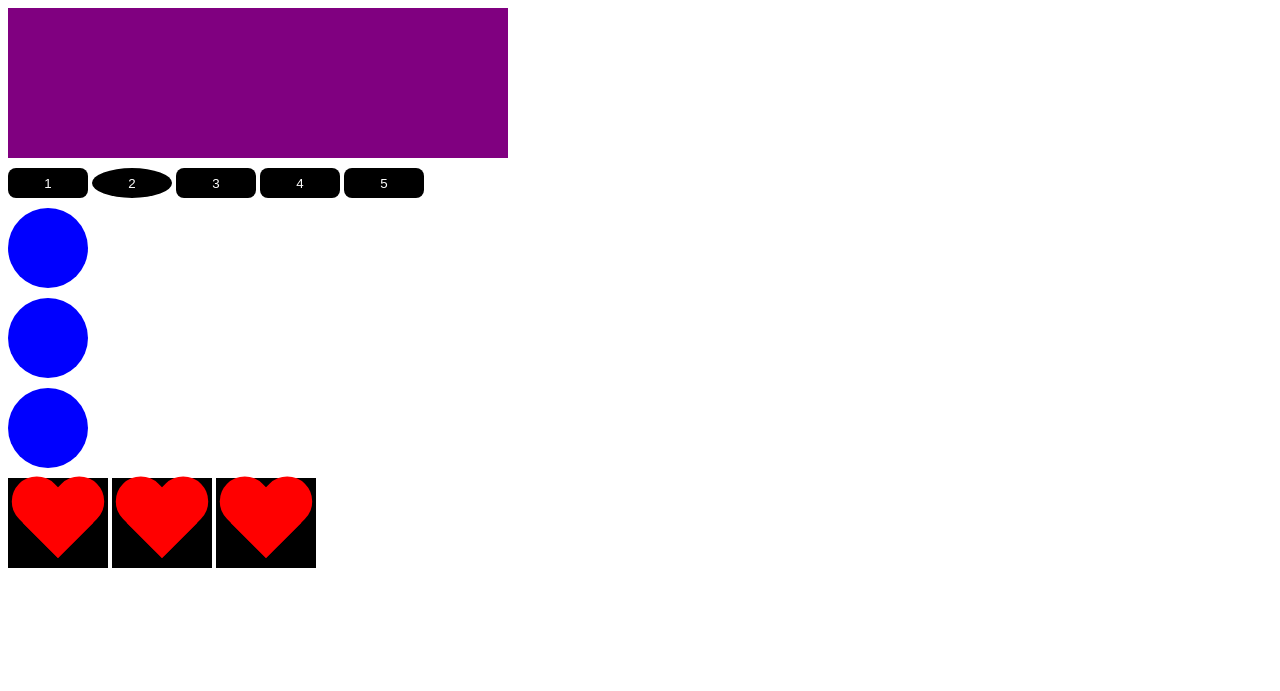
Repository: armus503/First_homework
Page: index2.html
An editor plug-in stored every save of this project. The page is shown before and after the next save, followed by the edit.
The browser window is 1280 px wide. The pictures show the whole page.

Above is the page before, as saved 2021-08-26 11:26:25.

After the next save:
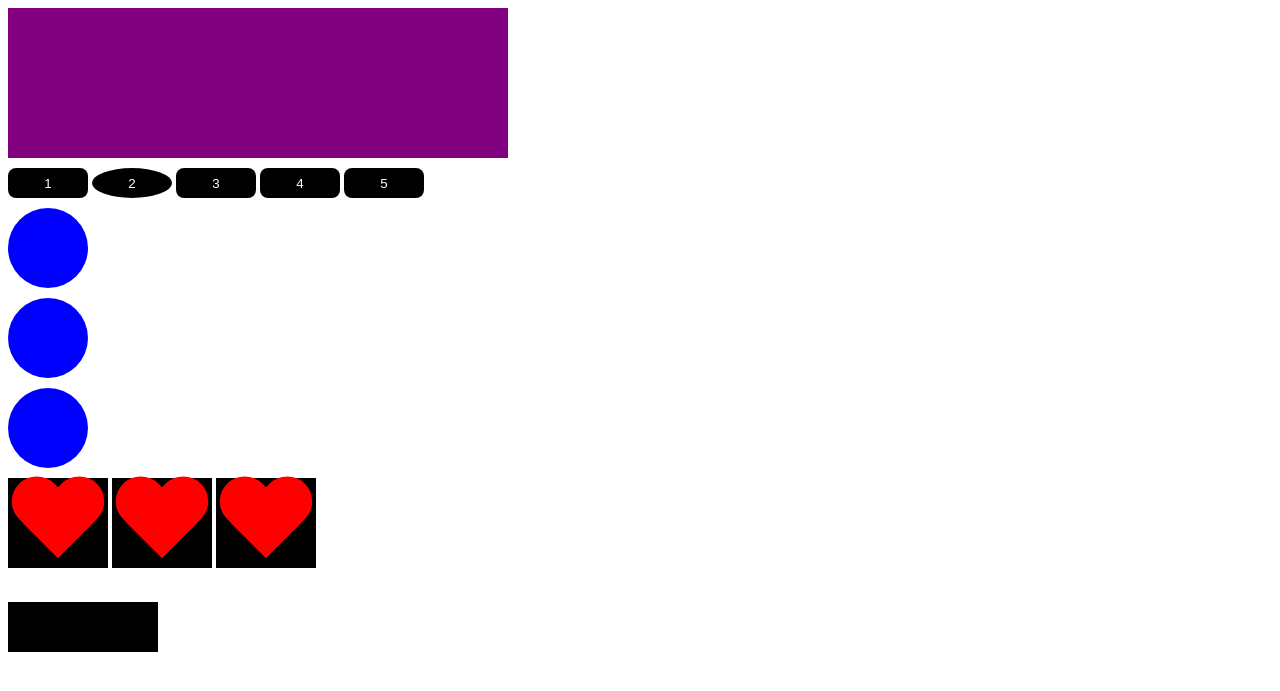
Saved 4 min 31 s later.
--- a/script2.js
+++ b/script2.js
@@ -44,3 +44,6 @@ div.classList.add('black'); //добавить(add) класс 'black' к бло
 /* !!!!!!! Любой элемент можно ставить в начало, конец, середину документа, но по отношению к другому элементу (принцип дерева DOM)!!!!!!!!!*/
 
 //Современные методы для работы с элементами страницы
+
+//1)метод append
+document.body.append(div); //вставить в конец тега body элемент div при помощи метода append
